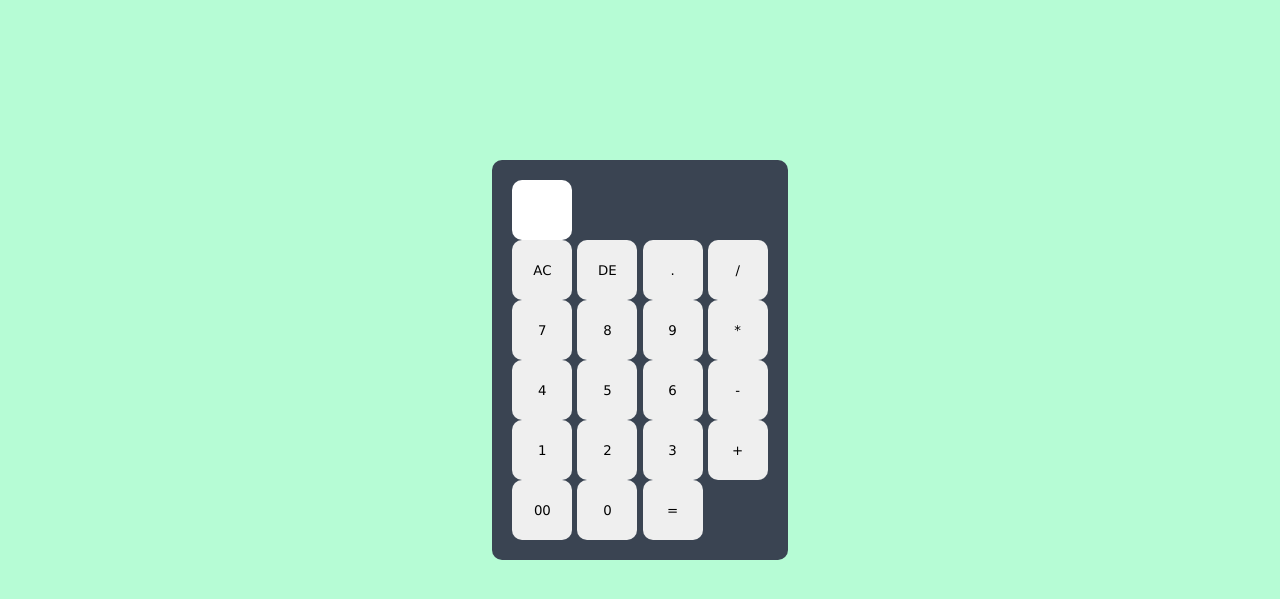
Repository: sirsky89/Simple-Calculator
Page: index.html
An editor plug-in stored every save of this project. The page is shown before and after the next save, followed by the edit.
The browser window is 1280 px wide. The pictures show the whole page.

Above is the page before, as saved 2023-01-14 09:39:14.

After the next save:
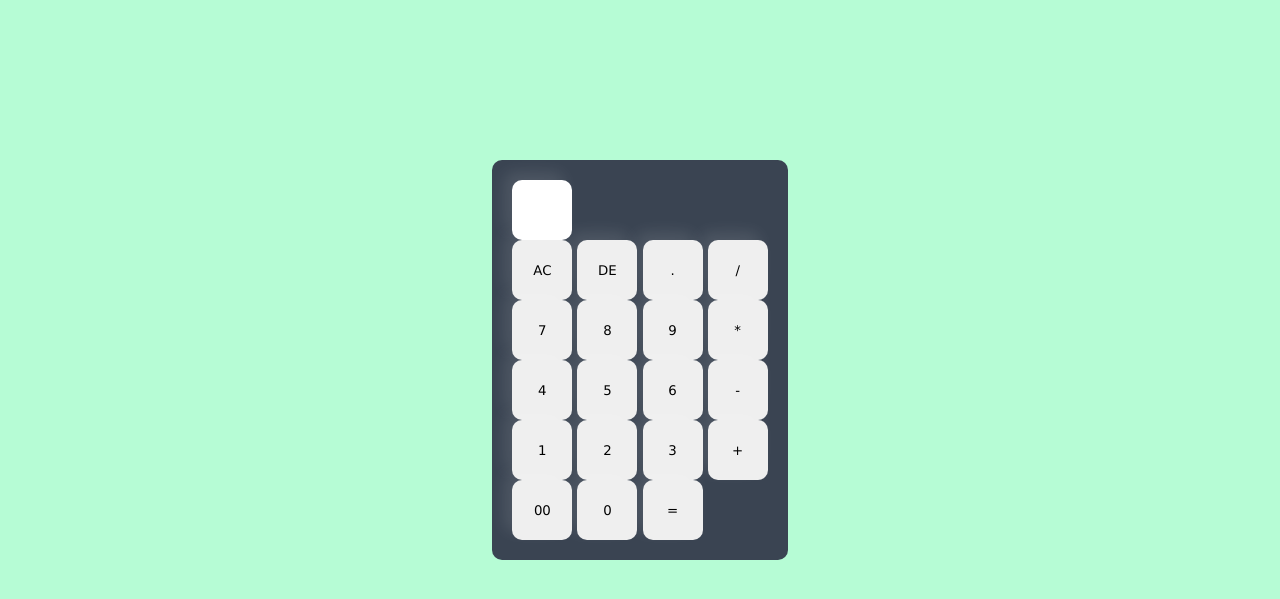
Saved 34 s later.
--- a/style.css
+++ b/style.css
@@ -26,4 +26,5 @@
   width: 60px;
   height: 60px;
   border-radius: 10px;
+  box-shadow: -8px -8px 15px rgba(255, 255, 255, 0.1);
 }
